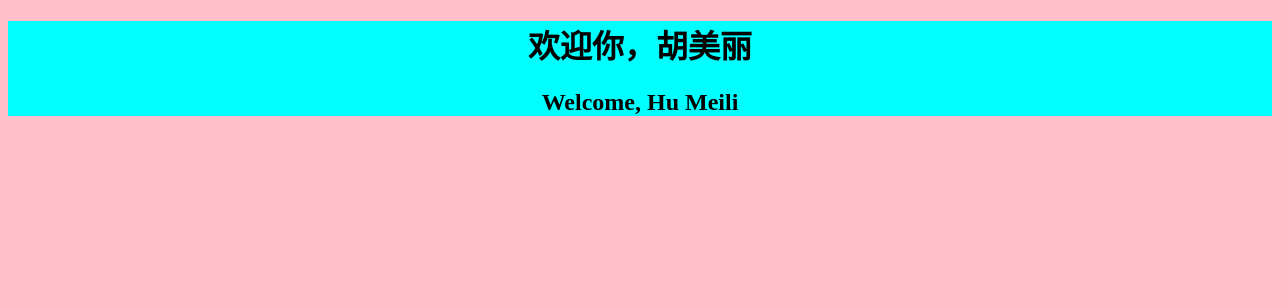
Repository: NanmeiYC/NanmeiYC.github.io
Page: zhuye.html
The author's editor kept a copy of each file at every save. The page is drawn from the files as they stood at one save, then again after the next save.
The browser window is 1280 px wide. The pictures show the whole page.

Above is the page before, as saved 2021-05-28 23:23:51.

After the next save:
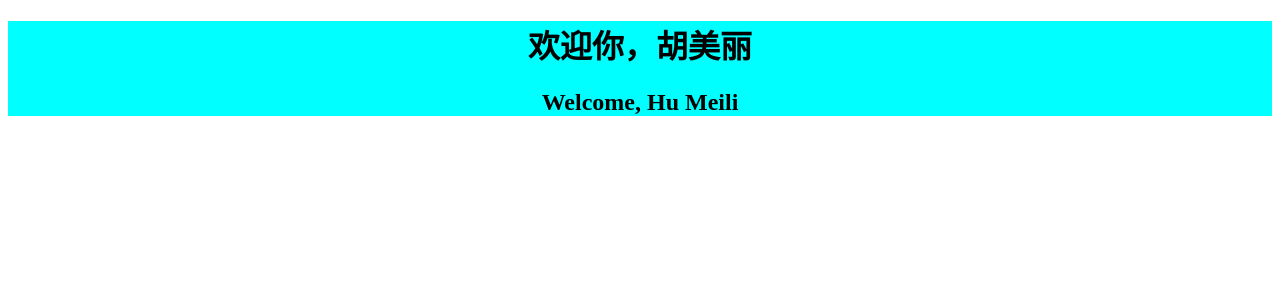
Saved 4 s later.
--- a/zhuye.html
+++ b/zhuye.html
@@ -4,7 +4,7 @@
         <meta http-equiv="Content-Type" content="text/html; charset=UTF-8">
         <title>欢迎我们美丽大方温柔善良的胡美丽</title>
     </head>
-    <body bgcolor="pink">
+    <body bgcolor="">
         <div align="center" style="background-color: aqua;">
             <h1>欢迎你，胡美丽</h1>
             <h2>Welcome, Hu Meili</h2>
